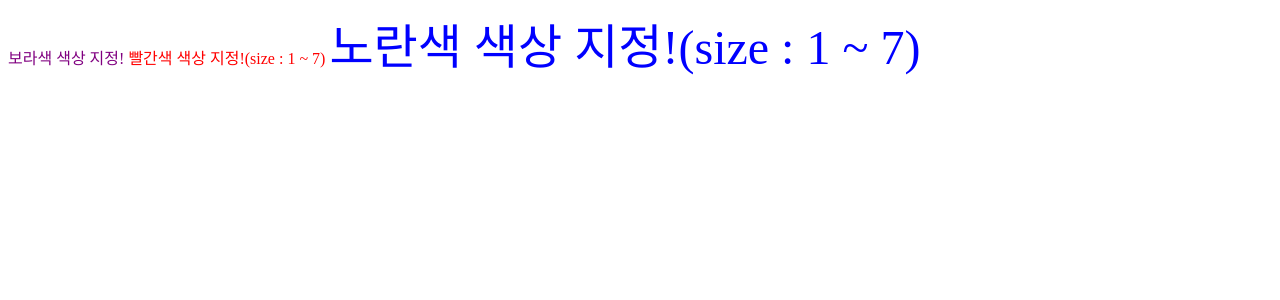
Repository: jjb5442/JSP
Page: 3Day/workspace/02_HTML_tutorial/src/main/webapp/04_Tutorial.html
These files come from the project's save history. The page is drawn as it stood at one moment and after the next save; the edit follows.
The browser window is 1280 px wide. The pictures show the whole page.

Above is the page before, as saved 2022-05-14 02:14:25.

### 3Day/workspace/02_HTML_tutorial/src/main/webapp/04_Tutorial.html
<!DOCTYPE html>
<html>
<head>
<meta charset="UTF-8">
<title>Insert title here</title>
</head>
<body>
	<font color="purple">보라색 색상 지정!</font>
	<font color="red" size="3">빨간색 색상 지정!(size : 1 ~ 7)</font>
	<font color="blue" size="7">노란색 색상 지정!(size : 1 ~ 7)</font>
</body>
</html>

After the next save:
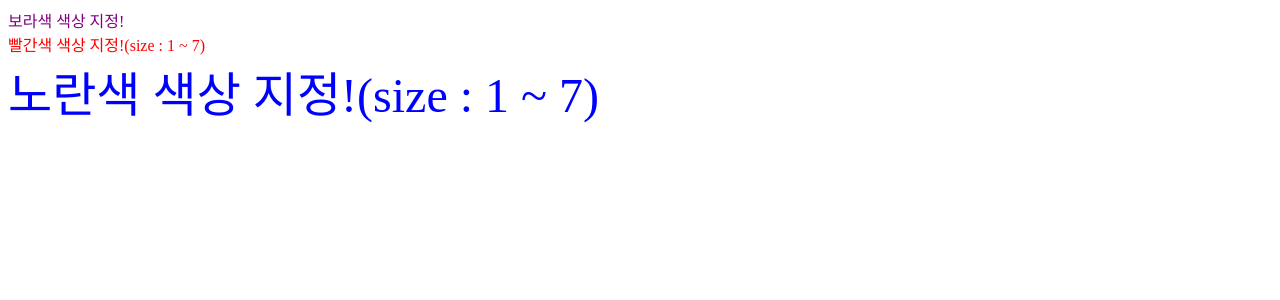
Saved 90 s later.
--- a/3Day/workspace/02_HTML_tutorial/src/main/webapp/04_Tutorial.html
+++ b/3Day/workspace/02_HTML_tutorial/src/main/webapp/04_Tutorial.html
@@ -5,8 +5,8 @@
 <title>Insert title here</title>
 </head>
 <body>
-	<font color="purple">보라색 색상 지정!</font>
-	<font color="red" size="3">빨간색 색상 지정!(size : 1 ~ 7)</font>
-	<font color="blue" size="7">노란색 색상 지정!(size : 1 ~ 7)</font>
+	<font color="purple">보라색 색상 지정!</font><br/>
+	<font color="red" size="3">빨간색 색상 지정!(size : 1 ~ 7)</font><br/>
+	<font color="blue" size="7">노란색 색상 지정!(size : 1 ~ 7)</font><br/>
 </body>
 </html>
